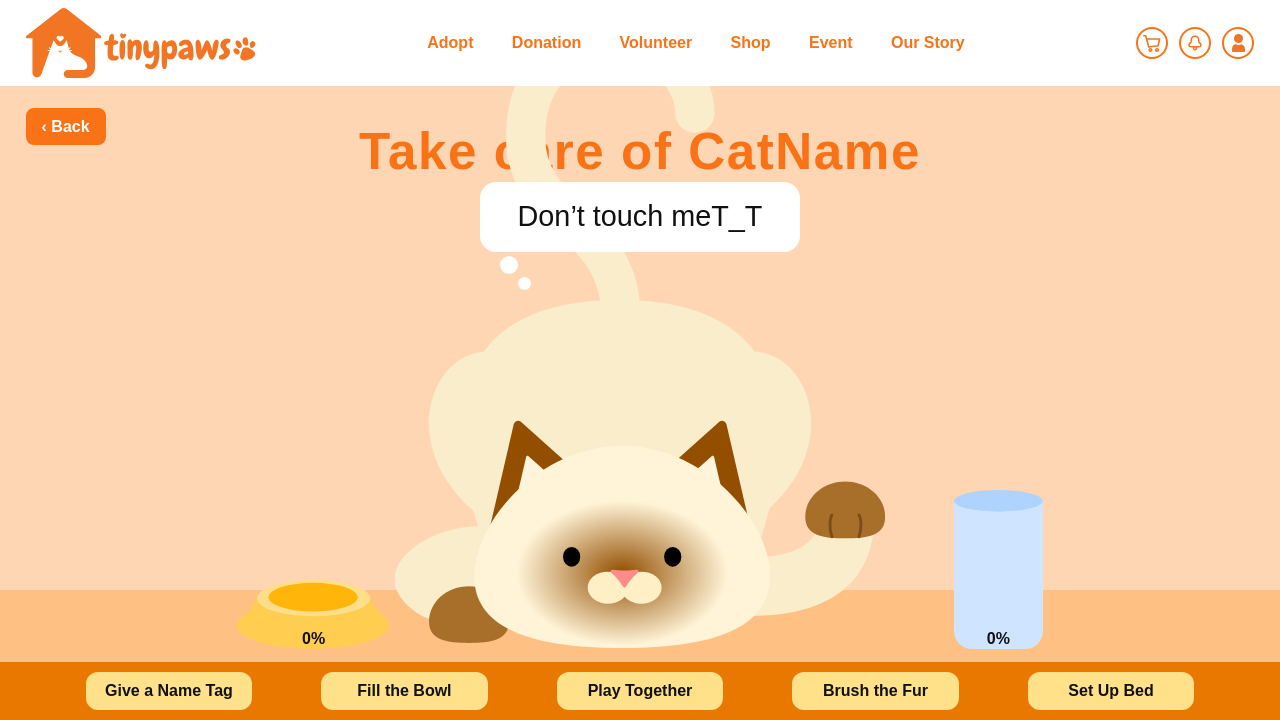
Repository: LShuyanLi/TinyPaws
Page: /, after clicking the first element matching `div > div`
The author's editor kept a copy of each file at every save. The page is drawn from the files as they stood at one save, then again after the next save.
The browser window is 1280 px wide. The pictures show the whole page.
The project was rebuilt for these pictures with package versions that can differ from the ones it lists, and the page was loaded fresh each time. The framework's server and built-in components were replaced by stand-ins that run in the browser. Also part of the build but not shown: next.config.mjs.

Above is the page before, as saved 2026-05-09 23:37:52.

### app/layout.js
import { Geist, Geist_Mono } from "next/font/google";
import "./globals.css";

const geistSans = Geist({
  variable: "--font-geist-sans",
  subsets: ["latin"],
});

const geistMono = Geist_Mono({
  variable: "--font-geist-mono",
  subsets: ["latin"],
});

export const metadata = {
  title: "Create Next App",
  description: "Generated by create next app",
};

export default function RootLayout({ children }) {
  return (
    <html lang="en" className={`${geistSans.variable} ${geistMono.variable}`}>
      <body>{children}</body>
    </html>
  );
}

### app/page.js
"use client";

import { useState } from "react";

import Header from "@/components/shared/Header";
import ChooseScreen from "@/components/shuyan/ChooseScreen";
import PlayScreen from "@/components/shuyan/PlayScreen";



export default function Home() {
  const [screen, setScreen] = useState("choose");
  const [selectedCat, setSelectedCat] = useState(null);

  function goToChoose() {
    setScreen("choose");
  }

  function goToPlay(catImage) {
    setSelectedCat(catImage);
    setScreen("play");
  }

  return (
    <main
      style={{
        width: "100vw",
        height: "100vh",
        margin: 0,
        overflow: "hidden",
        fontFamily: "Arial, Helvetica, sans-serif",
        backgroundColor: "#ffd6b3",
      }}
    >
      <Header />

      {screen === "choose" && (
        <ChooseScreen goToPlay={goToPlay} />
      )}

      {screen === "play" && (
        <PlayScreen
        goToChoose={goToChoose}
        selectedCat={selectedCat} />
      )}
    </main>
  );
}

### app/globals.css
:root {
  --background: #ffffff;
  --foreground: #171717;
}

@media (prefers-color-scheme: dark) {
  :root {
    --background: #0a0a0a;
    --foreground: #ededed;
  }
}

html {
  height: 100%;
}

html,
body {
  max-width: 100vw;
  overflow-x: hidden;
}

body {
  min-height: 100%;
  display: flex;
  flex-direction: column;
  color: var(--foreground);
  background: var(--background);
  font-family: Arial, Helvetica, sans-serif;
  -webkit-font-smoothing: antialiased;
  -moz-osx-font-smoothing: grayscale;
}

* {
  box-sizing: border-box;
  padding: 0;
  margin: 0;
}

a {
  color: inherit;
  text-decoration: none;
}

@media (prefers-color-scheme: dark) {
  html {
    color-scheme: dark;
  }
}

### components/shared/Header.jsx
// Displays the decorative top navigation area with the logo, nav menu, and icons.

export default function Header() {
  return (
    <header
      style={{
        width: "100%",
        height: "12vh",
        backgroundColor: "#ffffff",
        display: "flex",
        alignItems: "center",
        justifyContent: "space-between",
        padding: "0 2vw",
        boxSizing: "border-box",
      }}
    >
      <img
        src="/Logo.svg"
        alt="TinyPaws logo"
        style={{
          width: "18vw",
          minWidth: "150px",
          maxWidth: "270px",
          height: "auto",
        }}
      />

      <nav
        style={{
          display: "flex",
          gap: "3vw",
          color: "#f97316",
          fontWeight: "700",
          fontSize: "1rem",
        }}
      >
        <span>Adopt</span>
        <span>Donation</span>
        <span>Volunteer</span>
        <span>Shop</span>
        <span>Event</span>
        <span>Our Story</span>
      </nav>

      <div
        style={{
          display: "flex",
          gap: "0.7rem",
        }}
      >
        <button style={iconButtonStyle}>
         <img src="/chart.svg" style={iconImageStyle} />
        </button>

        <button style={iconButtonStyle}>
          <img src="/bell.svg" style={iconImageStyle} />
        </button>

        <button style={iconButtonStyle}>
         <img src="/user.svg" style={iconImageStyle} />
        </button>
      </div>
    </header>
  );
}

const iconButtonStyle = {
  width: "2rem",
  height: "2rem",
  border: "2px solid #f97316",
  borderRadius: "50%",
  backgroundColor: "#ffffff",
  color: "#f97316",
  cursor: "pointer",
  display: "flex",
  alignItems: "center",
  justifyContent: "center",
};

const iconImageStyle = {
  width: "1.1rem",
  height: "1.1rem",
  objectFit: "contain",
  display: "block",
};

### components/shuyan/ChooseScreen.jsx
import PokeCatBall from "@/components/shuyan/PokeCatBall";

export default function ChooseScreen({ goToPlay }) {

    return (
        <section
        style={{
            position: "relative",
            width: "100%",
            height: "88vh",
            backgroundColor: "#ffd6b3",
        }}
        >

        <h1
            style={{
            margin: 0,
            paddingTop: "5vh",
            textAlign: "center",
            color: "#f97316",
            fontSize: "clamp(2rem, 4vw, 3.3rem)",
            fontWeight: "700",
            letterSpacing: "0.03em",
            }}
        >
            Choose Your New Little Friend
        </h1>

        <div
            style={{
            position: "relative",
            zIndex: 5,
            width: "100%",
            display: "flex",
            justifyContent: "space-around",
            alignItems: "flex-start",
            marginTop: "8vh",
            padding: "0 4vw",
            boxSizing: "border-box",
            }}
        >
            <PokeCatBall
                closeBall="/CloseBall.svg"
                openBall="/OpenBall-1.svg"
                catImage="/cat-1.svg"
                goToPlay={goToPlay} />
            <PokeCatBall
                closeBall="/CloseBall.svg"
                openBall="/OpenBall-2.svg"
                catImage="/cat-2.svg"
                goToPlay={goToPlay} />
            <PokeCatBall
                closeBall="/CloseBall.svg"
                openBall="/OpenBall-3.svg"
                catImage="/cat-3.svg"
                goToPlay={goToPlay} />
        </div>

        <div
            style={{
            position: "absolute",
            left: 0,
            bottom: "7.5vh",
            width: "100%",
            height: "10vh",
            backgroundColor: "#ffc083",
            }}
        />

        <div
            style={{
            position: "absolute",
            left: 0,
            bottom: 0,
            width: "100%",
            height: "7.5vh",
            backgroundColor: "#e97800",
            }}
        />
        </section>
    );
}

### components/shuyan/PlayScreen.jsx
// PlayScreen.jsx: Builds the main cat play screen with the background, cat area, feeding area, tools, bed, and bottom buttons.

import BackButton from "@/components/shuyan/BackButton";
import BottomActionBar from "@/components/shuyan/BottomActionBar";
import CatDisplay from "@/components/shared/CatDisplay";
import FoodBowl from "@/components/Jinwon/FoodBowl";
import WaterBottle from "@/components/Jinwon/WaterBottle";
import CatEmotion from "@/components/Jessica/CatEmotion";

export default function PlayScreen({ goToChoose, selectedCat }) {
  return (
    <section
      style={{
        position: "relative",
        width: "100%",
        height: "88vh",
        backgroundColor: "#ffd6b3",
        overflow: "hidden",
      }}
    >
      <BackButton goToChoose={goToChoose}/>

      <h1
        style={{
          margin: 0,
          paddingTop: "5vh",
          textAlign: "center",
          color: "#f97316",
          fontSize: "clamp(2rem, 4vw, 3.3rem)",
          fontWeight: "700",
          letterSpacing: "0.03em",
          position: "relative",
          zIndex: 5,
        }}
      >
        Take care of CatName
      </h1>

      {/* Light orange ground */}
      <div
        style={{
          position: "absolute",
          left: 0,
          bottom: "8vh",
          width: "100%",
          height: "10vh",
          backgroundColor: "#ffc083",
          zIndex: 1,
        }}
      />

      {/* Main play area */}
      <div
        style={{
          position: "absolute",
          left: "50%",
          bottom: "10vh",
          transform: "translateX(-50%)",
          width: "75vw",
          height: "50vh",
          zIndex: 5,
        }}
      >
        <CatEmotion />
        <FoodBowl />
        <CatDisplay selectedCat={selectedCat}/>
        <WaterBottle />
      </div>

      <BottomActionBar />
    </section>
  );
}

### components/shuyan/PokeCatBall.jsx
"use client";
// Displays one selectable pokeCAT ball and shows its cat preview on hover.

import { useState } from "react";

export default function PokeCatBall({ closeBall, openBall, goToPlay, catImage }) {

    const [isHover, setIsHover] = useState(false);

    function pokecatBall() {
        if (!isHover) {
            return closeBall;
        } else {
            return openBall;
        }
    }

    return (
        <div
            onClick={() => goToPlay(catImage)}
            onMouseEnter={() => setIsHover(true)}
            onMouseLeave={() => setIsHover(false)}
            style={{
                width: "24vw",
                maxWidth: "380px",
                minWidth: "230px",
                height: "50vh",
                display: "flex",
                alignItems: "flex-start",
                justifyContent: "center",
                cursor: "pointer"
            }}
        >
        <img
            src={pokecatBall()}
            style={{
            width: "90%",
            objectFit: "contain",
            display: "block",
            }}
        />
        </div>
    );
}

### components/shuyan/BackButton.jsx
// Displays the back button and returns the user to the cat selection screen.


export default function BackButton({ goToChoose }) {
  return (
    <button
        onClick={goToChoose}
        style={{
            position: "absolute",
            top: "3vh",
            left: "2vw",
            backgroundColor: "#f97316",
            color: "#ffffff",
            border: "none",
            borderRadius: "8px",
            padding: "0.6rem 1rem",
            fontSize: "1rem",
            fontWeight: "600",
            cursor: "pointer",
            zIndex: 10,
      }}
    >
      ‹ Back
    </button>
  );
}

### components/shuyan/BottomActionBar.jsx
"use client";

// BottomActionBar.jsx: Displays the bottom interaction buttons and shows each hover bubble.

import { useState } from "react";

export default function BottomActionBar( {
  activeButton,
  setActiveButton,
  setSelectedBed, //these three are for the bed feature
  ballSpeed,
  setBallSpeed, //these two are for the play ball feature
  featherActive,
  setFeatherActive,
}) {
  return (
    <div
      style={{
        position: "absolute",
        left: 0,
        bottom: 0,
        width: "100%",
        height: "8vh",
        backgroundColor: "#e97800",
        display: "flex",
        alignItems: "center",
        justifyContent: "space-around",
        padding: "0 4vw",
        boxSizing: "border-box",
        zIndex: 20,
      }}
    >
      {/* Name button - Elina can connect this to NameTag modal later */}
      <div style={{ position: "relative" }}>
        <button style={buttonStyle}>Give a Name Tag</button>
      </div>

      {/* Feed button - Jinwon */}
      <div
        onMouseEnter={() => setActiveButton("feed")}
        onMouseLeave={() => setActiveButton(null)}
        style={{ position: "relative" }}
      >
        {activeButton === "feed" && (
          <div style={bubbleStyle}>
            <img src="/bubble-3.svg" style={bubbleBackgroundStyle} />

            {/* dry food option - Jinwon can add onClick here */}
            <img
              src="/dryfood.svg"
              style={{
                position: "absolute",
                top: "8%",
                left: "50%",
                transform: "translateX(-50%)",
                width: "45%",
                height: "auto",
                cursor: "pointer",
              }}
            />

            {/* wet food option - Jinwon can add onClick here */}
            <img
              src="/wetfood.svg"
              style={{
                position: "absolute",
                top: "34%",
                left: "50%",
                transform: "translateX(-50%)",
                width: "45%",
                height: "auto",
                cursor: "pointer",
              }}
            />

            {/* water option - Jinwon can add onClick here */}
            <img
              src="/water.svg"
              style={{
                position: "absolute",
                top: "60%",
                left: "50%",
                transform: "translateX(-50%)",
                width: "38%",
                height: "auto",
                cursor: "pointer",
              }}
            />
          </div>
        )}

        <button style={buttonStyle}>Fill the Bowl</button>
      </div>

      {/* Play button - Jonah handles ball/feather, Elina handles hand */}
      <div
        style={{ position: "relative" }}
      >
        {activeButton === "play" && (
          <div style={bubbleStyle}>
            <img src="/bubble-3.svg" style={bubbleBackgroundStyle} />

            {/* ball option - Jonah can add onClick here */}
            <img
              src="/ball.svg"
                onClick={() => {
                setFeatherActive(false);

                setBallSpeed(prev =>
                  prev === "stop"
                    ? "slow"
                    : prev === "slow"
                    ? "fast"
                    : "stop"
                );
              }}
              style={{
                position: "absolute",
                top: "8%",
                left: "50%",
                transform: "translateX(-50%)",
                width: "42%",
                height: "auto",
                cursor: "pointer",
                opacity: ballSpeed === "stop" ? 0.5 : 1
              }}
            />

            {/* feather option - Jonah can add onClick here */}
            <img
              src="/feather.svg"
              onClick={() => {
                setBallSpeed("stop");
                setFeatherActive(prev => !prev);
              }}
              style={{
                position: "absolute",
                top: "30%",
                left: "50%",
                transform: "translateX(-50%)",
                width: "55%",
                height: "auto",
                cursor: "pointer",
              }}
            />

            {/* hand option - Elina can add onClick here */}
            <img
              src="/hand.svg"
              style={{
                position: "absolute",
                top: "55%",
                left: "50%",
                transform: "translateX(-50%)",
                width: "42%",
                height: "auto",
                cursor: "pointer",
              }}
            />
          </div>
        )}

        <button
          style={buttonStyle}
          onClick={() =>
            setActiveButton(activeButton === "play" ? null : "play")
          }
        >Play Together</button>
      </div>

      {/* Brush button - Elina */}
      <div
        onMouseEnter={() => setActiveButton("brush")}
        onMouseLeave={() => setActiveButton(null)}
        style={{ position: "relative" }}
      >
        {activeButton === "brush" && (
          <div style={bubbleStyle}>
            <img src="/bubble-1.svg" style={bubbleBackgroundStyle} />

            {/* brush option - Elina can add onClick here */}
            <img
              src="/brush.svg"
              style={{
                position: "absolute",
                top: "22%",
                left: "50%",
                transform: "translateX(-50%)",
                width: "55%",
                height: "auto",
                cursor: "pointer",
              }}
            />
          </div>
        )}

        <button style={buttonStyle}>Brush the Fur</button>
      </div>

      {/* Bed button - Jonah */}
      <div
        style={{ position: "relative" }}
      >
        {activeButton === "bed" && (
          <div style={bubbleStyle}>
            <img src="/bubble-2.svg" style={bubbleBackgroundStyle} />

            {/* yellow bed option - Jonah can add onClick here */}
            <img
              src="/bed-1.svg"
              onClick={() => {
                setSelectedBed(prev =>
                  prev === "yellow" ? null : "yellow"
                );
              }}
              style={{
                position: "absolute",
                top: "12%",
                left: "50%",
                transform: "translateX(-50%)",
                width: "55%",
                height: "auto",
                cursor: "pointer",
              }}
            />

            {/* green bed option - Jonah can add onClick here */}
            <img
              src="/bed-2.png"
              onClick={() => {
                setSelectedBed(prev =>
                  prev === "green" ? null : "green"
                );
              }}
              style={{
                position: "absolute",
                top: "48%",
                left: "50%",
                transform: "translateX(-50%)",
                width: "55%",
                height: "auto",
                cursor: "pointer",
              }}
            />
          </div>
        )}

        <button
          style={buttonStyle}
          onClick={() =>
            setActiveButton(activeButton === "bed" ? null : "bed")
          }
        >Set Up Bed</button>
      </div>
    </div>
  );
}

const buttonStyle = {
  width: "13vw",
  minWidth: "150px",
  maxWidth: "200px",
  height: "2.4rem",
  border: "none",
  borderRadius: "12px",
  backgroundColor: "#ffe18a",
  color: "#111111",
  fontSize: "1rem",
  fontWeight: "600",
  cursor: "pointer",
};

const bubbleStyle = {
  position: "absolute",
  left: "50%",
  bottom: "3.4rem",
  transform: "translateX(-50%)",
  width: "7vw",
  minWidth: "95px",
  maxWidth: "140px",
  zIndex: 40,
};

const bubbleBackgroundStyle = {
  width: "100%",
  height: "auto",
  display: "block",
};

### components/shared/CatDisplay.jsx
// CatDisplay.jsx: Displays the selected cat image on the play screen.

export default function CatDisplay({
  selectedBed,
  ballSpeed,
  featherActive,
}) {
  let catImage = "/cat-1.svg";

  let catStyle = {
    width: "100%",
    height: "100%",
    objectFit: "contain",
    position: "absolute",
    bottom: "0px",
  };

  if (featherActive) {
    catImage = "/catreach-1.svg";

    catStyle = {
      ...catStyle,
      width: "300%",
    }

  } else if (ballSpeed !== "stop") {
    catImage = "/catcrouch-1.svg";
  }

  return (
    <div
      style={{
        position: "absolute",
        left: "50%",
        bottom: "0",
        transform: "translateX(-50%)",
        zIndex: 1,
      }}
    >
      {selectedBed === "yellow" && (
        <img
          src="/yellow-bed.svg"
          style={{
            position: "absolute",
            bottom: "-130px",
            left: "50%",
            transform: "translateX(-50%)",
            width: "30vw",
            minWidth: "200px",
            zIndex: 0,
          }}
        />
      )}

      {selectedBed === "green" && (
        <img
          src="/green-bed.svg"
          style={{
            position: "absolute",
            bottom: "-130px",
            left: "50%",
            transform: "translateX(-50%)",
            width: "30vw",
            minWidth: "200px",
            zIndex: 0,
          }}
        />
      )}
      <div
        style={{
          width: "625px",
          height: "625px",
          position: "relative",
        }}
      >
        <img
          src={catImage}
          style={catStyle}
        />
      </div>
    </div>
  );
}

### components/Jinwon/FoodBowl.jsx
// FoodBowl.jsx: Displays the bowl and shows dry or wet food when the bowl is clicked.

export default function FoodBowl({ bowlType }) {
  const isBowlFilled = bowlType === "dry" || bowlType === "wet";
  const fillImage = bowlType === "wet" ? "/wetfood.svg" : "/dryfood.svg";

  return (
    <div
      style={{
        position: "absolute",
        left: "8%",
        bottom: "0",
        zIndex: 10,
        textAlign: "center",
      }}
    >
      <img
        src="/bowl.svg"
        style={{
          width: "12vw",
          minWidth: "120px",
          maxWidth: "190px",
          height: "auto",
          display: "block",
        }}
      />

      {isBowlFilled && (
        <img
          src={fillImage}
          style={{
            position: "absolute",
            left: "50%",
            bottom: "22px",
            transform: "translateX(-50%)",
            width: "50%",
            height: "auto",
          }}
        />
      )}

      <p
        style={{
          margin: "-1.2rem 0 0",
          color: "#111111",
          fontSize: "1rem",
          fontWeight: "700",
        }}
      >
        {isBowlFilled ? "100%" : "0%"}
      </p>
    </div>
  );
}

### components/Jinwon/WaterBottle.jsx
// WaterBottle.jsx: Displays the water bottle and shows water level when the bottle is clicked.

export default function WaterBottle({ hasWater }) {
  const isBottleFilled = hasWater;

  return (
    <div
      style={{
        position: "absolute",
        right: "8%",
        bottom: "0",
        zIndex: 10,
        textAlign: "center",
      }}
    >
      <img
        src="/water-bottle.svg"
        style={{
          width: "7vw",
          minWidth: "80px",
          maxWidth: "130px",
          height: "auto",
          display: "block",
        }}
      />

      {isBottleFilled && (
        <img
          src="/water.svg"
          style={{
            position: "absolute",
            left: "50%",
            bottom: "22px",
            transform: "translateX(-50%)",
            width: "44%",
            height: "auto",
          }}
        />
      )}

      <p
        style={{
          margin: "-1.2rem 0 0",
          color: "#111111",
          fontSize: "1rem",
          fontWeight: "700",
        }}
      >
        {isBottleFilled ? "100%" : "0%"}
      </p>
    </div>
  );
}

### components/Jessica/CatEmotion.jsx
// CatEmotion.jsx: Displays the cat’s emotion emoji and thought bubble based on interaction results.

export default function CatEmotion() {
  return (
    <div
      style={{
        position: "absolute",
        left: "50%",
        bottom: "55vh",
        transform: "translateX(-50%)",
        zIndex: 30,
      }}
    >
      {/* Thought bubble box */}
      <div
        style={{
          position: "relative",
          width: "320px",
          minHeight: "70px",
          backgroundColor: "#ffffff",
          borderRadius: "16px",
          display: "flex",
          alignItems: "center",
          justifyContent: "center",
          padding: "0 1.5rem",
          boxSizing: "border-box",
          color: "#111111",
          fontSize: "1.8rem",
          fontWeight: "400",
        }}
      >
        Don’t touch meT_T
      </div>

      {/* Small bubble dots */}
      <div
        style={{
          position: "absolute",
          left: "20px",
          bottom: "-22px",
          width: "18px",
          height: "18px",
          backgroundColor: "#ffffff",
          borderRadius: "50%",
        }}
      />

      <div
        style={{
          position: "absolute",
          left: "38px",
          bottom: "-38px",
          width: "13px",
          height: "13px",
          backgroundColor: "#ffffff",
          borderRadius: "50%",
        }}
      />
    </div>
  );
}

After the next save:
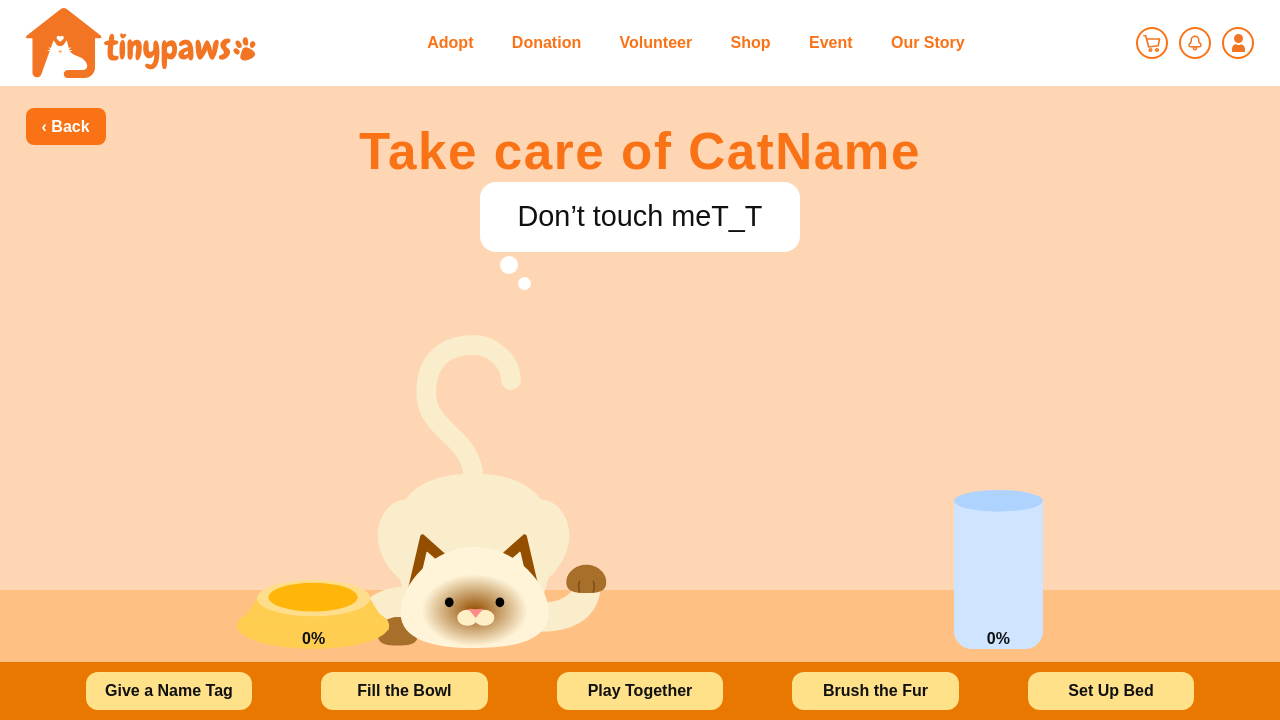
Saved 21 s later.
--- a/components/shared/CatDisplay.jsx
+++ b/components/shared/CatDisplay.jsx
@@ -8,8 +8,8 @@ export default function CatDisplay({
   let catImage = "/cat-1.svg";
 
   let catStyle = {
-    width: "100%",
-    height: "100%",
+    width: "50%",
+    height: "50%",
     objectFit: "contain",
     position: "absolute",
     bottom: "0px",
